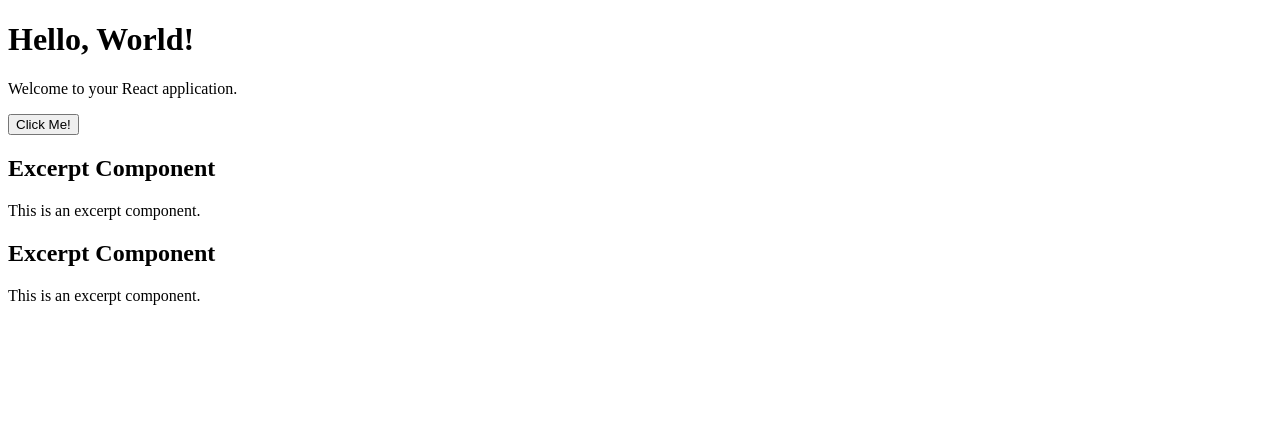
Repository: wendeshiro/D3-F-week1
Page: /
These files come from the project's save history. The page is drawn as it stood at one moment and after the next save; the edit follows.
The browser window is 1280 px wide. The pictures show the whole page.
The project was rebuilt for these pictures with package versions that can differ from the ones it lists, and the page was loaded fresh each time. Also part of the build but not shown: vite.config.js, src/index.css.

Above is the page before, as saved 2025-09-08 15:52:51.

### index.html
<!doctype html>
<html lang="en">

<head>
  <meta charset="UTF-8" />
  <link rel="icon" type="image/svg+xml" href="/vite.svg" />
  <meta name="viewport" content="width=device-width, initial-scale=1.0" />
  <link rel="icon" href="/public/favicon.ico" type="image/x-icon" />
  <title>Week 01!!!</title>
</head>

<body>
  <div id="root">

  </div>
  <script type="module" src="/src/main.jsx"></script>
</body>

</html>

### src/App.jsx
function App() {
  return (
    <div className="Title">
      <h1>Hello, World!</h1>
      <p>Welcome to your React application.</p>
      <button>Click Me!</button>
      <Excerpt title="Excerpt 01" body="Excerpt 01 Excerpt 01"/>
      <Excerpt title="Excerpt 02" body="Excerpt 02 Excerpt 02"/>
    </div>
  );
}

function Excerpt({ title, body }) {
  return (
    <div className="Excerpt">
      <h2>Excerpt Component</h2>
      <p>This is an excerpt component.</p>

    </div>
  );
}


export default App;

Loaded but not shown: src/main.jsx (common file)

After the next save:
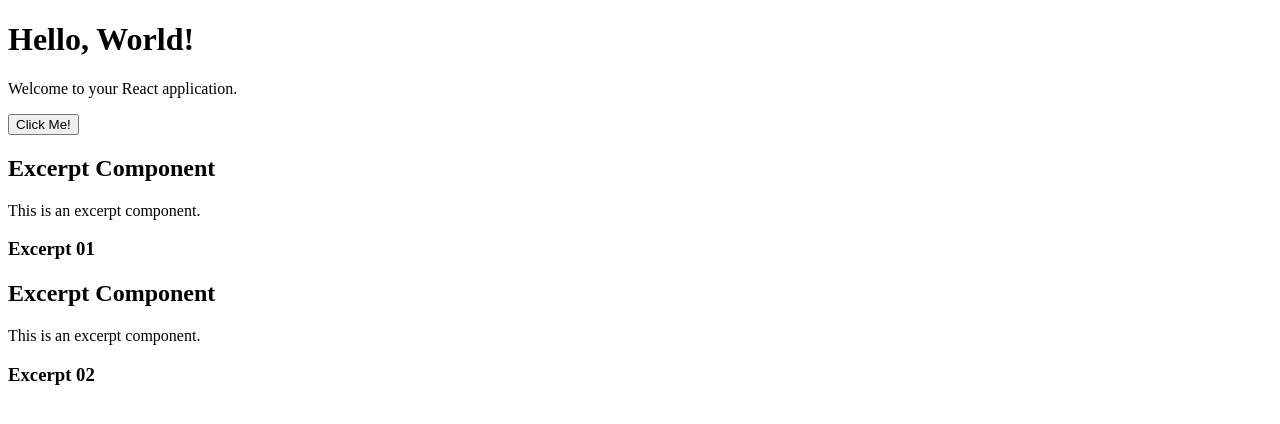
Saved 30 s later.
--- a/src/App.jsx
+++ b/src/App.jsx
@@ -15,7 +15,7 @@ function Excerpt({ title, body }) {
     <div className="Excerpt">
       <h2>Excerpt Component</h2>
       <p>This is an excerpt component.</p>
-
+      <h3>{title}</h3>
     </div>
   );
 }
